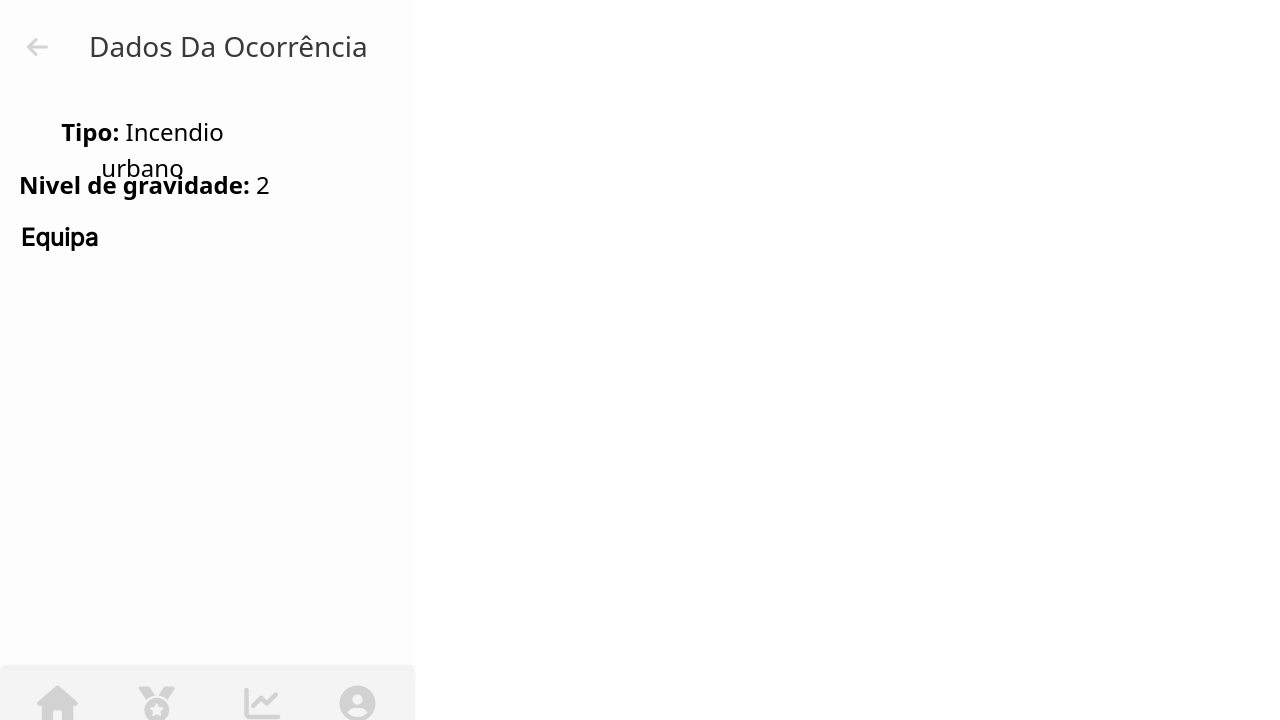
Repository: grupodetrabalhoeficiente/D213
Page: D213/Frontend/OcorrenciaDados.html
The author's editor kept a record of every edit. The page is drawn from the files as they stood at one moment, then again after the next edit.
The browser window is 1280 px wide. The pictures show the whole page.
The page's requests for data from a server got no answer. Some web libraries are served in a nearby version.

Above is the page before.

After the next edit:
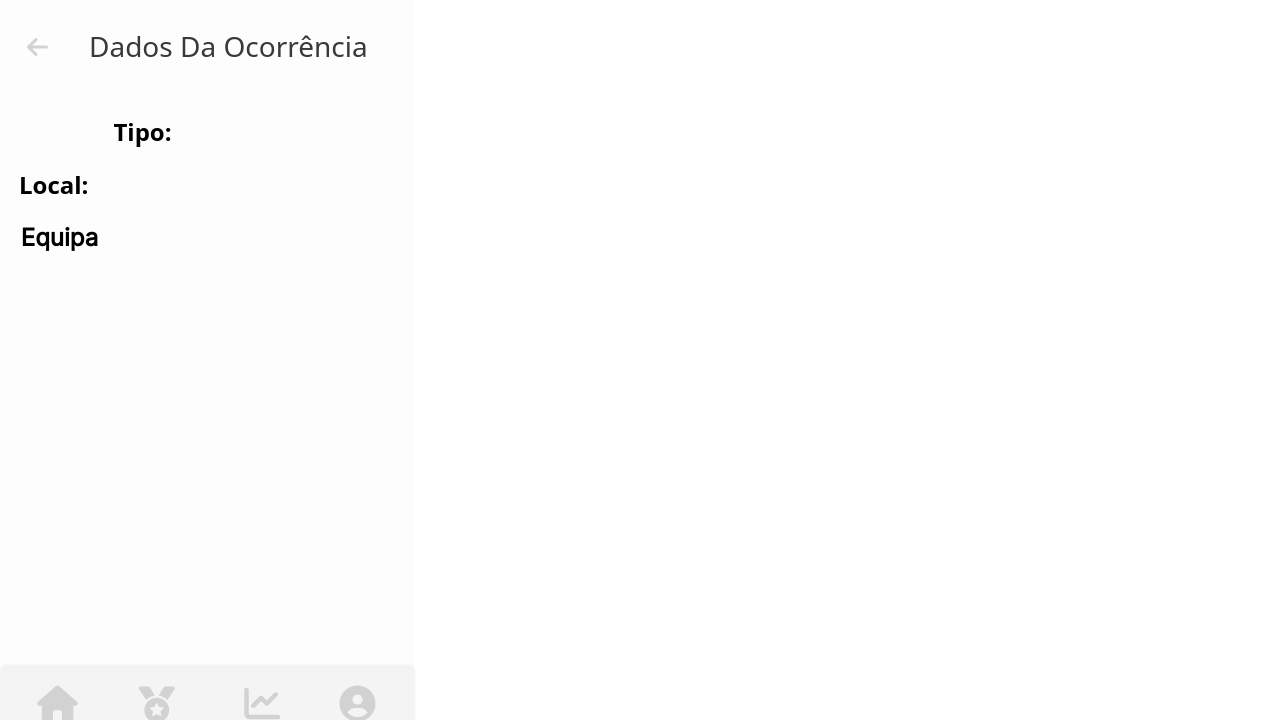
The edit:
--- a/D213/Frontend/OcorrenciaDados.html
+++ b/D213/Frontend/OcorrenciaDados.html
@@ -18,8 +18,8 @@
         <a><i id="goBack"class="goBack fas fa-arrow-left fa-2x"></i></a>
         <span class="titleDadosOcorrencia">Dados Da Ocorrência</span>
         <!---->
-        <span id="TagTipo"><strong>Tipo:</strong> Incendio urbano</span>
-        <span id="TagGravidade"><strong>Nivel de gravidade:</strong> 2</span>
+        <span id="TagTipo"><strong>Tipo:</strong> <span id="tipo" > </span> </span>
+        <span id="TagGravidade"><strong>Local:</strong> <span id="local"> </span></span>
         <span id="TagEquipa"><strong>Equipa</strong></span>
         <!--equipa-->
         <div id ="divTeam" class="divTeam">
